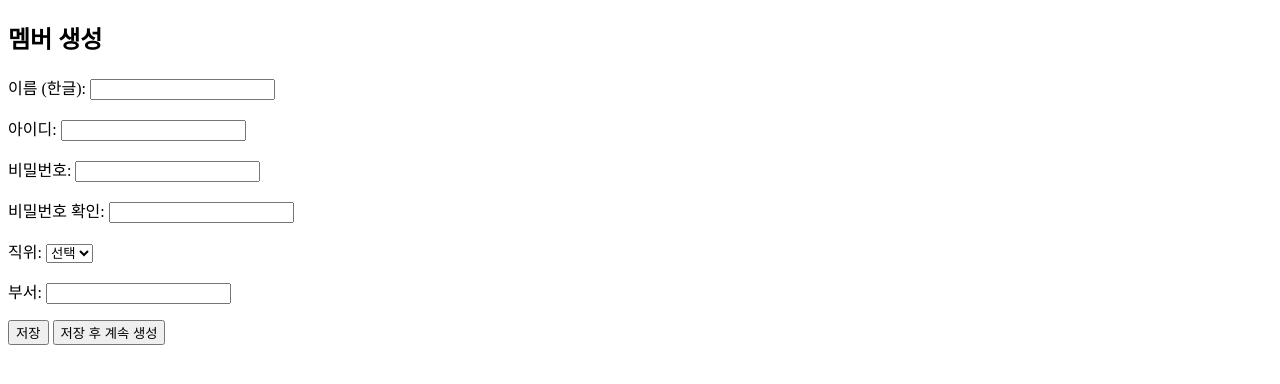
Repository: devgolol/Flow
Page: http://localhost/coretime/WEB-INF/views/userForm.jsp
An editor plug-in stored every save of this project. The page is shown before and after the next save, followed by the edit.
The browser window is 1280 px wide. The pictures show the whole page.
The page is served by Tomcat 9. Nobody is signed in. The template is opened directly, without the code that normally fills it, so the values that code supplies are empty.

Above is the page before, as saved 2025-06-30 04:16:07.

After the next save:
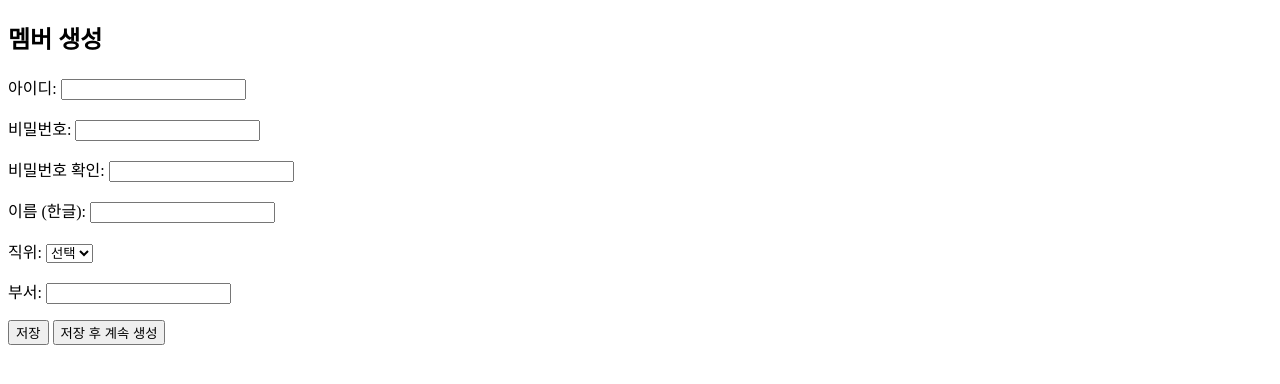
Saved 82 min 12 s later.
--- a/coretime/src/main/webapp/WEB-INF/views/userForm.jsp
+++ b/coretime/src/main/webapp/WEB-INF/views/userForm.jsp
@@ -11,10 +11,11 @@
 <body>
 <h2>멤버 생성</h2>
 <form:form modelAttribute="user" method="post" action="/users/insert">
-    <p>이름 (한글): <form:input path="name"/></p>
+
     <p>아이디: <form:input path="username"/></p>
     <p>비밀번호: <form:password path="password"/></p>
     <p>비밀번호 확인: <form:password path="confirmPassword"/></p>
+    <p>이름 (한글): <form:input path="name"/></p>
     <p>직위:
         <form:select path="position">
             <form:option value="">선택</form:option>
